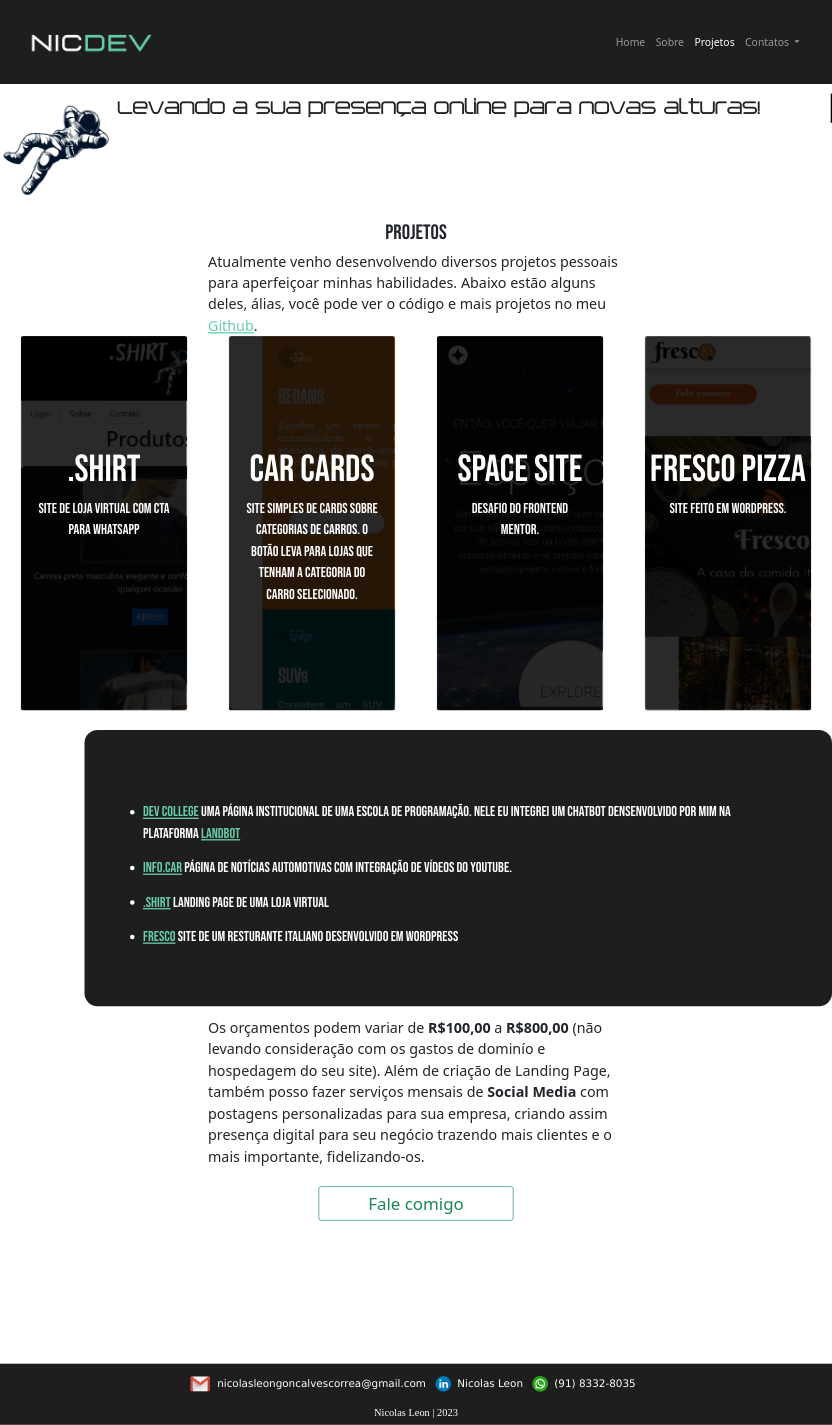
Repository: Leonngc/nicdev
Page: projects.html
An editor plug-in stored every save of this project. The page is shown before and after a run of saves, followed by the edit.
The browser window is 1280 px wide. The pictures show the whole page, at 65% of full size.

Above is the page before, as saved 2023-06-04 23:16:44.

### projects.html
<!DOCTYPE html>
<html lang="pt-br">
  <head>
    <meta charset="UTF-8" />
    <meta http-equiv="X-UA-Compatible" content="IE=edge" />
    <meta name="viewport" content="width=device-width, initial-scale=1.0" />
    <title>nicdev - Projetos</title>
    <!-- Google tag (gtag.js) -->
<script async src="https://www.googletagmanager.com/gtag/js?id=G-E2XWESC90Y"></script>
<script>
  window.dataLayer = window.dataLayer || [];
  function gtag(){dataLayer.push(arguments);}
  gtag('js', new Date());

  gtag('config', 'G-E2XWESC90Y');
</script>
    <link
      href="https://cdn.jsdelivr.net/npm/bootstrap@5.0.2/dist/css/bootstrap.min.css"
      rel="stylesheet"
      integrity="sha384-EVSTQN3/azprG1Anm3QDgpJLIm9Nao0Yz1ztcQTwFspd3yD65VohhpuuCOmLASjC"
      crossorigin="anonymous"
    />

    <link rel="stylesheet" href="styles/scrollbar.css" />
    <link rel="stylesheet" href="styles/footer.css" />
    <link rel="stylesheet" href="styles/projects.css"/>
    ">
  </head>
  <body>
    <header style="background-color: #1e1e1e; padding: 30px" class="fixed-top">
      <nav class="navbar navbar-expand-lg navbar-dark">
        <div class="container-fluid">
          <a class="navbar-brand" href="index.html"
            ><img
              src="images/nicdev-logo.png"
              alt="logo da NicDev"
              style="width: 200px"
          /></a>
          <button
            class="navbar-toggler"
            type="button"
            data-bs-toggle="collapse"
            data-bs-target="#navbarNavDropdown"
            aria-controls="navbarNavDropdown"
            aria-expanded="false"
            aria-label="Toggle navigation"
          >
            <span class="navbar-toggler-icon"></span>
          </button>
          <div
            class="collapse navbar-collapse justify-content-end"
            id="navbarNavDropdown"
          >
            <ul class="navbar-nav">
              <li class="nav-item">
                <a class="nav-link" href="index.html" target="_parent">Home</a>
              </li>
              <li class="nav-item">
                <a class="nav-link" href="about.html" target="_parent">Sobre</a>
              </li>
              <li class="nav-item">
                <a class="nav-link active disabled" href="#">Projetos</a>
              </li>
              <li class="nav-item dropdown">
                <a
                  class="nav-link dropdown-toggle"
                  href="#"
                  id="navbarDropdownMenuLink"
                  role="button"
                  data-bs-toggle="dropdown"
                  aria-expanded="false"
                >
                  Contatos
                </a>
                <ul
                  class="dropdown-menu"
                  aria-labelledby="navbarDropdownMenuLink"
                >
                  <li>
                    <a class="dropdown-item" href="https://wa.me/91983328035"
                      >WhatsApp
                      <img src="images/whatsapp.png" alt="" class="redes-logo"
                    /></a>
                  </li>
                  <li>
                    <a class="dropdown-item" href="mailto:nicolasleongoncalvescorre@gmail.com?Subject=Interesse%20em%20um%20website&Body=Ola%2C%20vi%20seu%20site%20de%20portfolio%20e%20fiquei%20interessado%20em%20fazer%20um%20or%E7amento.%0A%0A---obs%28Retornarei%20seu%20email%20em%20ate%2030%20minutos%29"
                      >Email
                      <img src="images/gmail (1).png" alt="" class="redes-logo"
                    /></a>
                  </li>
                  <li>
                    <a class="dropdown-item" href="https://www.linkedin.com/in/nicolas-leon-70038921b/"
                      >Linkedin
                      <img src="images/linkedin.png" alt="" class="redes-logo"
                    /></a>
                  </li>
                </ul>
              </li>
            </ul>
          </div>
        </div>
      </nav>
    </header>

  <div class="slogan-container">
    <img src="images/astronauta.png" alt="" class="astronauta"> <p class="slogan">Levando a sua presença online para novas alturas!</p>
  </div>
    <main>
      <h2>Projetos</h2>

      <p>Atualmente venho desenvolvendo diversos projetos pessoais para aperfeiçoar minhas habilidades. Abaixo estão alguns deles, álias, você pode ver o código  e mais projetos no meu <a href="https://github.com/Leonngc" target="_blank">Github</a>.</p>


      <section class="cards-container">
        <div class="card" id="card-0">
          <div class="info-card">
            <h3>.Shirt</h3>
            <p>Site de loja virtual com CTA para WhatsApp</p>
          </div>
        </div>
        <div class="card" id="card-1">
          <div class="info-card">
            <h3>
              Car Cards
            </h3>
            <p>Site simples de cards sobre categorias de carros. O botão leva para lojas que tenham a categoria do carro selecionado.</p>
          </div>
        </div>
        <div class="card" id="card-2">
          <div class="info-card">
            <h3>
              Space Site
            </h3>
            <p>Desafio do Frontend Mentor.</p>
          </div>
        </div>
        <div class="card" id="card-3">
          <div class="info-card">
            <h3>
              Fresco Pizza
            </h3>
            <p>Site feito em Wordpress.</p>
          </div>
        </div>
      </section>




      <ul>
        <li><a href="https://leonngc.github.io/dev-college/" target="_blank">Dev College</a> Uma página institucional de uma escola de programação. Nele eu integrei um chatbot  densenvolvido por mim na plataforma <a href="https://landbot.io/" target="_blank">Landbot</a>
        </li>
        <li>
          <a href="https://leonngc.github.io/projeto-info.car/" target="_blank">Info.Car</a> página de notícias automotivas com integração de vídeos do Youtube.
        </li>

        <li>
          <a href="https://leonngc.github.io/projeto-shirt/" target="_blank">.Shirt</a> Landing Page de uma loja virtual
        </li>

        <li>
          <a href="https://pizzasitewp.netlify.app/" target="_blank">Fresco</a> Site de um resturante italiano desenvolvido em Wordpress
        </li>

      </ul>

      <p>Os orçamentos podem variar de <strong>R$100,00</strong> a <strong>R$800,00</strong> (não levando consideração com os gastos de dominío e hospedagem do seu site). Além de criação de Landing Page, também posso fazer serviços mensais de <strong>Social Media</strong> com postagens personalizadas para sua empresa, criando assim presença digital para seu negócio trazendo mais clientes e o mais importante, fidelizando-os.</p>
      <a href="https://wa.me/91983328035" target="_blank"><button type="button" class="btn btn-outline-success" style="width: 300px; font-size: 26px; margin-bottom: 20px; margin-top: 30px;">Fale comigo</button></a>
    </main>

    <footer>
      <p><img src="images/gmail.png" alt=""><a href="mailto:nicolasleongoncalvescorre@gmail.com?Subject=Interesse%20em%20um%20website&Body=Ola%2C%20vi%20seu%20site%20de%20portfolio%20e%20fiquei%20interessado%20em%20fazer%20um%20or%E7amento.%0A%0A---obs%28Retornarei%20seu%20email%20em%20ate%2030%20minutos%29">nicolasleongoncalvescorrea@gmail.com</a> <img src="images/linkedin.png" alt=""><a href="https://www.linkedin.com/in/nicolas-leon-70038921b/">Nicolas Leon</a> <img src="images/whatsapp.png" alt=""><a href="https://wa.me/91983328035" target="_blank">(91) 8332-8035</a></p>
      <p class="rights">Nicolas Leon | 2023</p>
    </footer>
    <script
      src="https://cdn.jsdelivr.net/npm/bootstrap@5.0.2/dist/js/bootstrap.bundle.min.js"
      integrity="sha384-MrcW6ZMFYlzcLA8Nl+NtUVF0sA7MsXsP1UyJoMp4YLEuNSfAP+JcXn/tWtIaxVXM"
      crossorigin="anonymous"
    ></script>
  </body>
</html>

### styles/scrollbar.css
body{
    overflow-x: hidden;
}
body::-webkit-scrollbar {
    width: 6px;               /* width of the entire scrollbar */
  }

  body::-webkit-scrollbar-track {
    background: rgb(5, 5, 5);        /* color of the tracking area */
  }

  body::-webkit-scrollbar-thumb {
    background-color: #4BC6B9;    /* color of the scroll thumb */
    border-radius: 20px;       /* roundness of the scroll thumb */
  }

  .redes-logo{
    width: 30px;
    padding: 6px;
  }

### styles/footer.css
footer{
    background-color: #1e1e1e;;
    text-align: center;
    margin-top: 200px;
    padding: 15px;
    height: 13vh;
}

footer > p  a{
    padding: 10px;
    text-decoration: none;
    color: white;
    font-family: 'Lucida Sans', 'Lucida Sans Regular', 'Lucida Grande', 'Lucida Sans Unicode', Geneva, Verdana, sans-serif;
}

footer > p > a:hover{
    color: #66CDAA;
    transition: 1s;
}

.rights{
    color: white;
    font-family: 'Times New Roman', Times, serif;
}
 @media screen and (max-width:900px) {
    footer{
        margin-top: 100px;
        height: 16vh;
        word-wrap: break-word;
    }
    footer > p > a{
        color: #d1d5d4;
    }
 }

### styles/projects.css
@import url('https://fonts.googleapis.com/css2?family=Bebas+Neue&display=swap'); /* CDN GOOGLE  FONT */
@import url('https://cdn-uicons.flaticon.com/uicons-solid-straight/css/uicons-solid-straight.css'); /* CDN ICON*/
@font-face {
    font-family: Lastica;
    src: url(../fonts/instrg.ttf);
}

@keyframes typewriter {
    from {
      width: 0%;
    }
    to {
      width: 50%;
    }
  }
  @keyframes blink {
    from {
      border-color: black;
    }
    to {
      border-color: transparent;
    }
  }

*{
    max-width: 100vw;
}

:root{
 --bebas-neue : 'Bebas Neue', cursive;
}

body{
    max-width: 100vw;
    overflow-x: hidden;
}

main{
    margin-top: 150px;
    text-align: center;
}

.slogan-container{
  margin-top: 120px;
}


.slogan{
    font-family: Lastica, sans-serif;
    font-weight: bold;
    font-size: 30px;
    overflow: hidden;
    animation: typewriter 2s steps(15) alternate,
      blink 800ms steps(15)  normal;
    border-right: 2px solid black;
}

.astronauta{
    width: 180px;
    float: left;
}

h2{
    font-family: var(--bebas-neue);
    text-align: center
}

main > p{
    text-align: start;
    margin: auto;
    width: 50vw;
    font-size: 22px;
}

main > ul{
    font-family: var(--bebas-neue);
    font-size: 22px;
    margin-left: 130px;
    margin-top: 30px;
    background-color: #1e1e1e;
    color: white;
    padding: 90px;
    border-radius: 20px;
    text-align: left;
}

main a{
    color: #66CDAA;
}

main > ul > li{
  margin-top: 20px;
}

li > img{
    width: 600px;
    padding: 50px;
}

.cards-container{
  display: flex;
  flex-wrap: wrap;
  justify-content: space-around;
}

.card{
  background-color: #1e1e1e;
  align-items: center;
  width: 20vw;
  height: 80vh;
}

#card-0{
  background-image: url(../images/2023-06-04\ \(1\).png);
  background-repeat: no-repeat;
  background-size: cover;
  box-shadow: inset 0 0 0 50vw rgba(0, 0, 0, 0.835);
}
#card-1{
  background-image: url(../images/carcards.png);
  background-repeat: no-repeat;
  background-size: cover;
  box-shadow: inset 0 0 0 50vw rgba(0, 0, 0, 0.835);
}
#card-2{
  background-image: url(../images/spacesite.png);
  background-repeat: no-repeat;
  background-size: cover;
  box-shadow: inset 0 0 0 50vw rgba(0, 0, 0, 0.835);
}

#card-3{
  background-image: url(../images/frescosite.png);
  background-repeat: no-repeat;
  background-size: cover;
  box-shadow: inset 0 0 0 50vw rgba(0, 0, 0, 0.835);
}

.info-card{
  color: white;
  font-family: var(--bebas-neue);
  text-align: center;
  padding: 30px 0 30px;
  margin-top: 55%;
}

.info-card > h3{
  font-size: 58px;
}

.info-card > p{
  width: 80%;
  margin: auto;
  font-size: 22px;
}

@media screen and (max-width:900px){
    .astronauta{
        width: 100px;
    }
    .slogan{
        font-size: 12px;
        padding: 20px;
    }
    h2{
    margin: auto;
    }
    main{
      margin-top: 100px;
    }
   main > p{
    width: 90vw;
   }

   main > ul{
    margin: auto;
    margin-top: 30px;
    margin-bottom: 30px;
    font-size: 18px;
    padding: 30px;
   }

   main > ul > li{
    padding: 16px;
   }
}

After the next 4 saves:
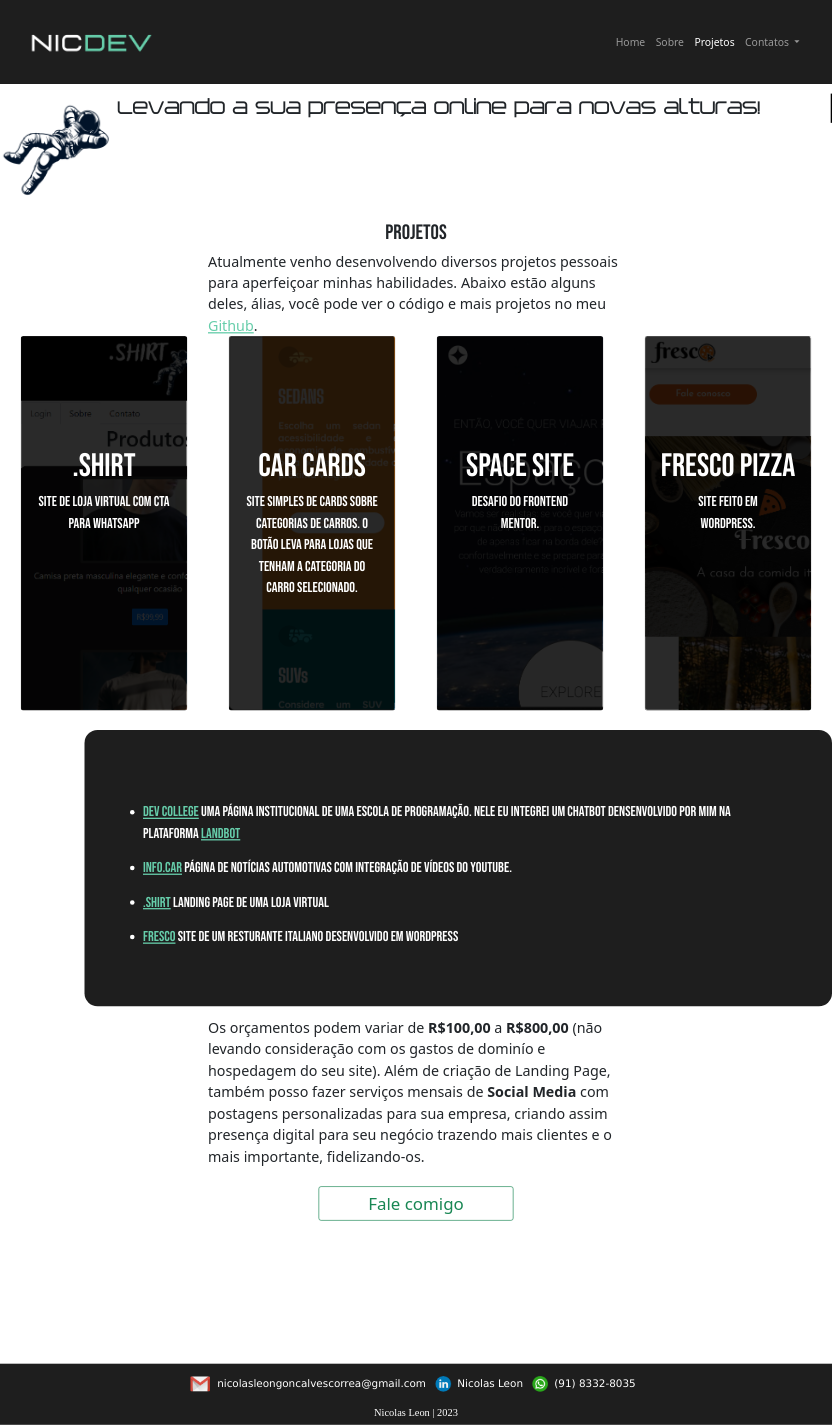
The 4 saves are shown as one change because they came seconds apart.
The last was saved 12 s later.
--- a/styles/projects.css
+++ b/styles/projects.css
@@ -145,7 +145,8 @@ li > img{
 }
 
 .info-card > h3{
-  font-size: 58px;
+  font-size: 50px;
+  font-weight: 300;
 }
 
 .info-card > p{
